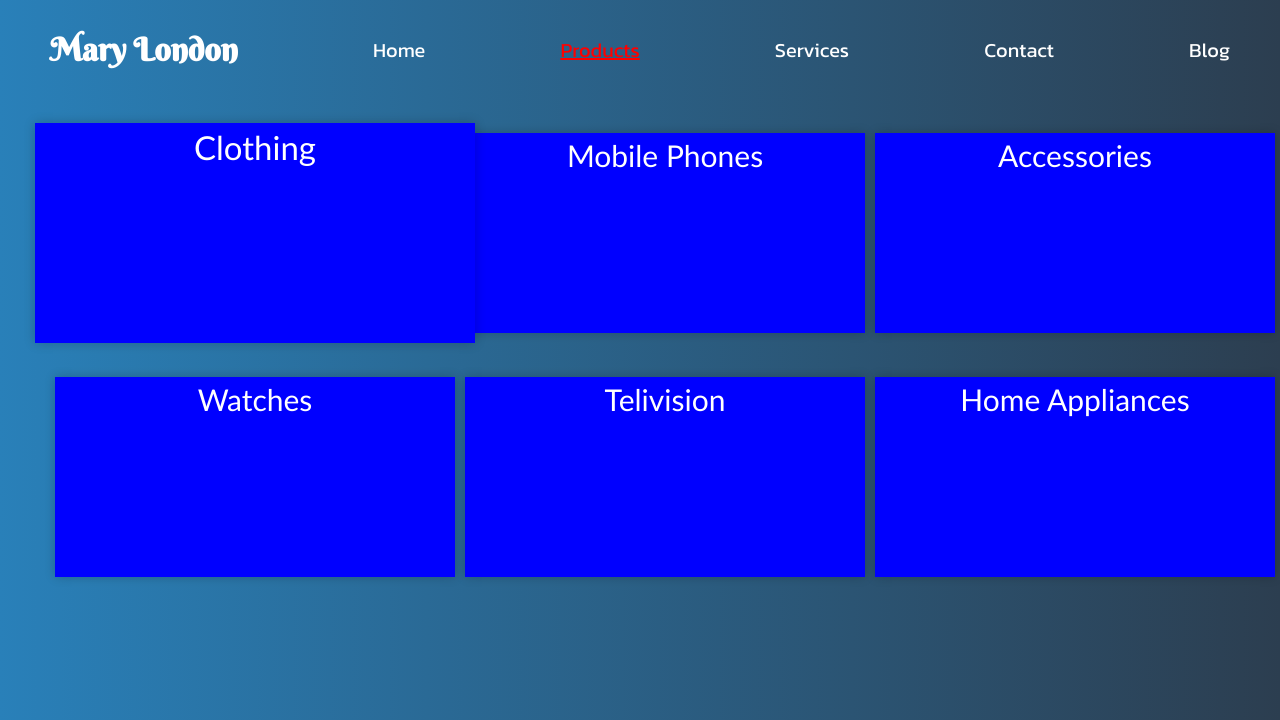
Repository: Habeebur1493/test2
Page: /products/clothing
The author's editor kept a copy of each file at every save. The page is drawn from the files as they stood at one save, then again after the next save.
The browser window is 1280 px wide. The pictures show the whole page.
The pointer rests on the first visible `.container .box1`.
The project was rebuilt for these pictures with package versions that can differ from the ones it lists, and the page was loaded fresh each time. Also part of the build but not shown: vite.config.js, src/Frontend/Loader/loaderstyle.css, src/Frontend/Firstpage/Home.jsx, src/Frontend/Firstpage/Services.jsx, src/Frontend/Firstpage/Contact.jsx, src/Frontend/Firstpage/Blog.jsx, src/Frontend/Firstpage/ClothingDetails.jsx.

Above is the page before, as saved 2024-12-27 01:36:02.

### index.html
<!doctype html>
<html lang="en">
  <head>
    <meta charset="UTF-8" />
    <meta name="viewport" content="width=device-width, initial-scale=1.0" />
    <link rel="stylesheet" href="https://fonts.googleapis.com/css2?family=Archivo:ital,wght@0,100..900;1,100..900&display=swap">
    <link href='https://unpkg.com/boxicons@2.1.4/css/boxicons.min.css' rel='stylesheet'>
    <title>MaryLondon</title>
  </head>
  <body>


    <div id="root"></div>
    <script type="module" src="/src/main.jsx"></script>
  </body>
</html>

### src/main.jsx
import { createRoot } from "react-dom/client";
import "./index.css";
import App from "./App";
import FrontendContext from "./context/FrontendContext";
import { BrowserRouter } from "react-router-dom";

createRoot(document.getElementById("root")).render(
  <FrontendContext>
    <BrowserRouter>
      <App />
    </BrowserRouter>
  </FrontendContext>
);

### src/App.jsx
import React from "react";
import { Route, Routes } from "react-router-dom";
import Pageloader from "./Frontend/Loader/PageLoader";
import Page1 from "./Frontend/Firstpage/Page1";
import Home from "./Frontend/Firstpage/Home";
import Products from "./Frontend/Firstpage/Products";
import Services from "./Frontend/Firstpage/Services";
import Contact from "./Frontend/Firstpage/Contact";
import Blog from "./Frontend/Firstpage/Blog";
import Nav from "./Frontend/Firstpage/Nav";
import "./App.css";
import "./Frontend/Firstpage/page1.css";
import "./Frontend/Loader/loaderstyle.css";
import ClothingDetails from "./Frontend/Firstpage/ClothingDetails";



const App = () => {
  const banners = [
    "https://s7ap1.scene7.com/is/image/adityabirlafashion/AS_D_HB_285_11_24_WinterRetreat_V1?resMode=sharp2&wid=1600&hei=642",
    "https://m.media-amazon.com/images/S/aplus-media-library-service-media/a79fdedf-c088-4a27-925a-5948d42135e6.__CR0,0,1464,600_PT0_SX1464_V1___.jpg",
    "https://images.hindustantimes.com/tech/img/2021/10/06/1600x900/IMG-20211005-WA0007_1633522371964_1633522436021.jpg",
    "https://www.sony.co.in/content/dam/sony/contents/regional-FSMC/india/common/homepage/primary-tout/2024/cich-bravia/CICH-Banner_D.jpg",
    "https://www.boat-lifestyle.com/cdn/shop/files/480_Desktop_2_1440x.png?v=1733813003",
  ];

  return (
    <div>
      <Pageloader />
      <Page1 />
      <Nav />
      <Routes>
        <Route path="/" element={<Home banners ={banners}/>} />
               <Route path="/products" element={<Products />}>
                    <Route
                        path="/products/:category"
                        element={<ClothingDetails />}
                    />
                </Route>
        <Route path="/services" element={<Services />} />
        <Route path="/contact" element={<Contact />} />
        <Route path="/blog" element={<Blog />} />
      </Routes>


    </div>
  );
};

export default App;

### src/context/FrontendContext.jsx
import { createContext, useState } from "react";




export const datacontext = createContext(null);

const FrontendContext = (props) => {
  const [data, setData] = useState("");

return (
  <datacontext.Provider value={[data, setData]}>
    {props.children}
  </datacontext.Provider>
);
};

export default FrontendContext;

### src/Frontend/Loader/PageLoader.jsx
import React, { useState, useEffect } from "react";
import { gsap } from "gsap";
import "./loaderstyle.css";





const App = () => {
  const [showScreen, setShowScreen] = useState(true);

  // Helper function to split text into individual letters
  const splitText = (text) =>
    text.split("").map((char, index) => (
      <span key={index} className="letter">
        {char}
      </span>
    ));

  // Part 1: Animation for spinning letters
  useEffect(() => {
    const letters = document.querySelectorAll(".letter");

    const animation = gsap.fromTo(
      letters,
      { rotationY: 0 },
      {
        rotationY: 360,
        duration: 1,
        repeat: -1,
        ease: "power1.inOut",
        stagger: 0.1,
      }
    );

    return () => {
      animation.kill();
    };
  }, []);

  // Part 2: Screen timeout
  useEffect(() => {
    const timer = setTimeout(() => {
      setShowScreen(false);
    }, 3000);

    return () => clearTimeout(timer);
  }, []);

  return (
    <div>
      {showScreen ? (
        <div className="screen">
          <div className="text-container">
            <div className="text">{splitText("Mary")}</div>
            <div className="loader"></div>
            <div className="text">{splitText("London")}</div>
          </div>
        </div>
      ) : (
        <div>

        </div>
      )}
    </div>
  );
};

export default App;

### src/Frontend/Firstpage/Page1.jsx
import React from "react";
import "./page1.css";


const Page1 = () => {
  return (
    <div className="page1">
      <div className="overlay">

      </div>
    </div>
  );
};

export default Page1;

### src/Frontend/Firstpage/Products.jsx
import React from "react";
import "./page1.css";


const Products = () => {



  return (
    <div>
      <div className="container">
        <div  className="box1">
          <h1>Clothing</h1>
        </div>
        <div className="box2">
          <h1>Mobile Phones</h1>
        </div>
        <div className="box3">
          <h1>Accessories</h1>
        </div>
        <div className="box4">
          <h1>Watches</h1>
        </div>
        <div className="box5">
          <h1>
          Telivision
          </h1>
        </div>
        <div className="box6">
          <h1>Home Appliances</h1>
        </div>
      </div>
    </div>
  );
};

export default Products;

### src/Frontend/Firstpage/Nav.jsx
import React, { useEffect } from "react";
import { NavLink } from "react-router-dom";
import gsap from "gsap";
import "./page1.css";

const Nav = () => {
  const activeStyle = {
    textDecoration: "underline",
    color: "red",

};

  useEffect(() => {
    const navLinks = document.querySelectorAll("nav a");


    // Animate the navigation links
    gsap.from(navLinks, {
      opacity: 0,
      x: -50,
      duration: 1,
      delay: 4,
      stagger: 0.2, // Adds a delay between each link
    });
  }, []);

  return (
    <nav>
      <h1>Mary London</h1>

      <NavLink to="/" style={({ isActive }) => (isActive ? activeStyle : null)}>
        Home
      </NavLink>
      <NavLink to="/products" style={({ isActive }) => (isActive ? activeStyle : null)}>
        Products
      </NavLink>
      <NavLink to="/services" style={({ isActive }) => (isActive ? activeStyle : null)}>
        Services
      </NavLink>
      <NavLink to="/contact" style={({ isActive }) => (isActive ? activeStyle : null)}>
        Contact
      </NavLink>
      <NavLink to="/blog" style={({ isActive }) => (isActive ? activeStyle : null)}>
        Blog
      </NavLink>
    </nav>
  );
};

export default Nav;

### src/App.css
@import url('https://fonts.googleapis.com/css2?family=Berkshire+Swash&display=swap');



body{
    background-color: #cc9b9b;
}

nav{
    display: flex;
    justify-content: space-between;
    align-items: center;
    padding: 0px 50px;
    background-color: #b9abf700;
    color: #fff;


}
nav ul{
    display: flex;
    list-style: none;
    gap: 10px;
    font-size: 20px;
    padding: 20px;
    font-weight: 600;


}
nav ul li a{
    cursor: pointer;
    text-decoration: none;
    color: #fff;

}


.page1{
    height: 100%;
    width: 100%;

}

.logo{
    display: flex;
    align-items: center;
    margin-top: 20px;
}
.logo img{
    width: 120px;
    height: 120px;
    padding-bottom: 15px;
}

.logo h1{
    font-size: 32px;
    color: black;
    font-weight: 900;
    font-family: Berkshire Swash;
    border-bottom: 5px solid black;
    display: inline-block;
    width: 160px;
    text-align: center;

}

### src/Frontend/Firstpage/page1.css
@import url('https://fonts.googleapis.com/css2?family=Berkshire+Swash&display=swap');
@import url('https://fonts.googleapis.com/css2?family=Kanit:ital,wght@0,100;0,200;0,300;0,400;0,500;0,600;0,700;0,800;0,900;1,100;1,200;1,300;1,400;1,500;1,600;1,700;1,800;1,900&display=swap');



body{
  font-family: "Kanit", serif;
  background-image: linear-gradient(to right, #2980b9,#2c3e50);
}


nav{
    display: flex;
    justify-content: space-evenly;
    align-items: center;
    gap: 10px;
    height: 100px;
    width: 100%;
    font-family: "Kanit", serif;
    position: fixed;
    z-index: 1;
    font-size: 20px;
    color: #fff;
}


.page1{
    height: 100%;
    width: 100%;

}


.overlay{
    background-color: rgba(0, 0, 0, 0);
    position: absolute;
    top: 0;
    left: 0;
    width: 100%;
    height: 100%;
}

nav h1{
    font-size: 32px;
    color: #fff;
    font-weight: 900;
    font-family: Berkshire Swash;
    text-align: center;
}

.slider-container {
    position: relative;
    width: 80%;
    height: 600px;
    overflow: hidden;
    margin: 0 auto;
    padding-top: 150px;
}

  .slider-wrapper {
    width: 100%;
    height: 100%;
  }

  .slider-content {
    display: flex;
    transition: transform 0.5s ease-in-out;
    height: 100%;
  }

  .slide {
    width: 100%;
    height: 100%;
    flex-shrink: 0;
  }

  .prev-button,
  .next-button {
    position: absolute;
    top: 60%;
    transform: translateY(-50%);
    background: rgba(238, 236, 236, 0.5);
    color: white;
    border: none;
    padding: 10px 15px;
    cursor: pointer;
    z-index: 1000;
    border-radius: 50%;
}

  .prev-button {
    left: 10px;
  }

  .next-button {
    right: 10px;
  }

  .dots {
    position: absolute;
    bottom: 15px;
    left: 50%;
    transform: translateX(-50%);
    display: flex;
    gap: 5px;
  }

  .dot {
    width: 10px;
    height: 10px;
    background: white;
    border-radius: 50%;
    cursor: pointer;
  }

  .dot.active {
    background: black;
  }


  .container{
    grid-template-rows: 2fr 1fr 1fr;
    grid-template-columns: 1fr 1fr 1fr;
    display: grid;
    justify-items: center;
    align-items: center;
    height: 100vh;
    width: 100%;
    z-index: 1;
    padding-top: 90px;
    padding-left: 50px;

  }

  .container .box1{
    background-color: blue;
    height: 200px;
    width: 400px;
    box-shadow: 0 0 10px rgba(0, 0, 0, 0.2);
    transition: transform 0.3s ease-in-out;
    cursor: pointer;
  }
  .container .box2{
    background-color: blue;
    height: 200px;
    width: 400px;
    box-shadow: 0 0 10px rgba(0, 0, 0, 0.2);
    transition: transform 0.3s ease-in-out;
    cursor: pointer;
  }
  .container .box3{
    background-color: blue;
    height: 200px;
    width: 400px;
    box-shadow: 0 0 10px rgba(0, 0, 0, 0.2);
    transition: transform 0.3s ease-in-out;
    cursor: pointer;
  }
 .container .box4{
    background-color: blue;
    height: 200px;
    width: 400px;
    box-shadow: 0 0 10px rgba(0, 0, 0, 0.2);
    transition: transform 0.3s ease-in-out;
    cursor: pointer;
  }
  .container .box5{
    background-color: blue;
    height: 200px;
    width: 400px;
    box-shadow: 0 0 10px rgba(0, 0, 0, 0.2);
    transition: transform 0.3s ease-in-out;
    cursor: pointer;
  }
  .container .box6{
    background-color: blue;
    height: 200px;
    width: 400px;
    box-shadow: 0 0 10px rgba(0, 0, 0, 0.2);
    transition: transform 0.3s ease-in-out;
    cursor: pointer;


}

  .container .box1:hover{
    transform: scale(1.1);

  }
  .container .box2:hover{
    transform: scale(1.1);
  }
  .container .box3:hover{
    transform: scale(1.1);
  }
  .container .box4:hover{
    transform: scale(1.1);
  }
  .container .box5:hover{
    transform: scale(1.1);
  }
  .container .box6:hover{
    transform: scale(1.1);
  }


  .container h1{
    text-align: center;
    color: #fff;
    font-family: 'Gill Sans', 'Gill Sans MT', Calibri, 'Trebuchet MS', sans-serif;
    font-size: 30px;
  }


  .container1{
    display: flex;
  }

  .column1{
    height: 80%;
    width: 30%;
    background-color: #2980b9;
  }

  .column2{
    height: 80%;
    width: 70%;
    background-color: #2c3e50;
  }

Loaded but not shown: src/index.css (common file); tailwind.config.js (common file)

After the next save:
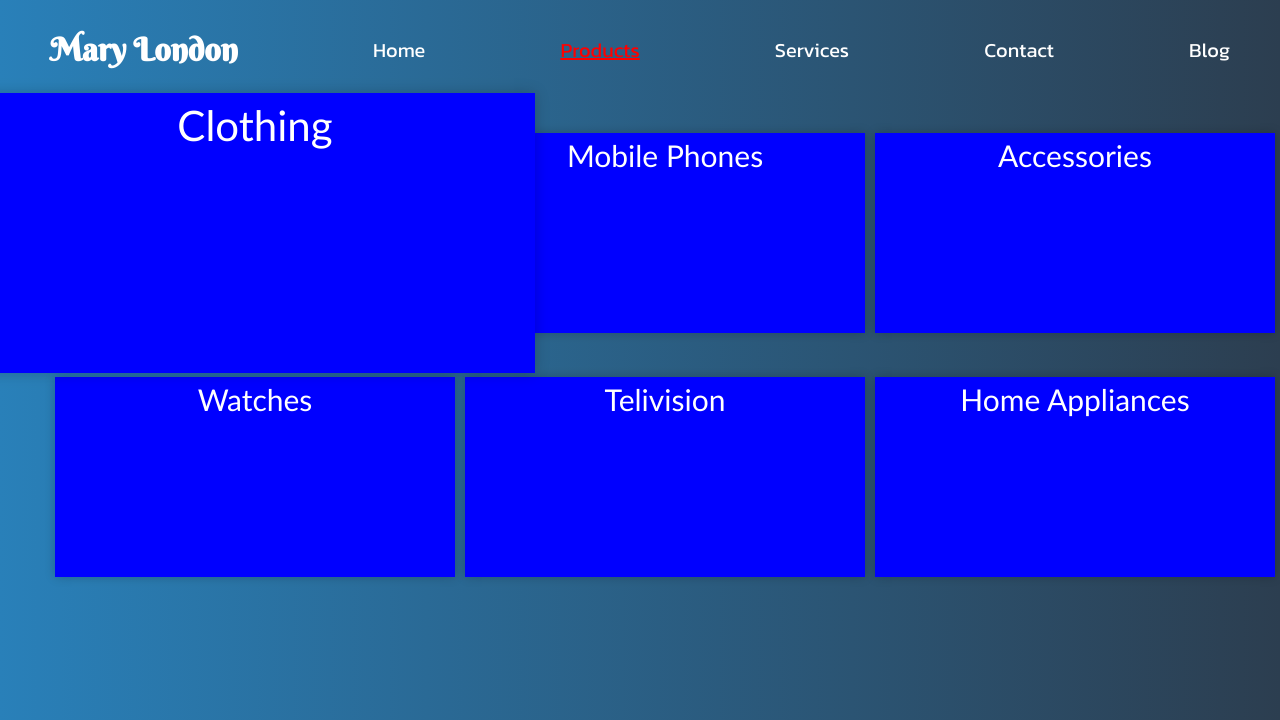
Saved 25 s later.
--- a/src/Frontend/Firstpage/page1.css
+++ b/src/Frontend/Firstpage/page1.css
@@ -184,7 +184,7 @@
 }
 
   .container .box1:hover{
-    transform: scale(1.1);
+    transform: scale(1.4);
 
   }
   .container .box2:hover{

After the save that followed:
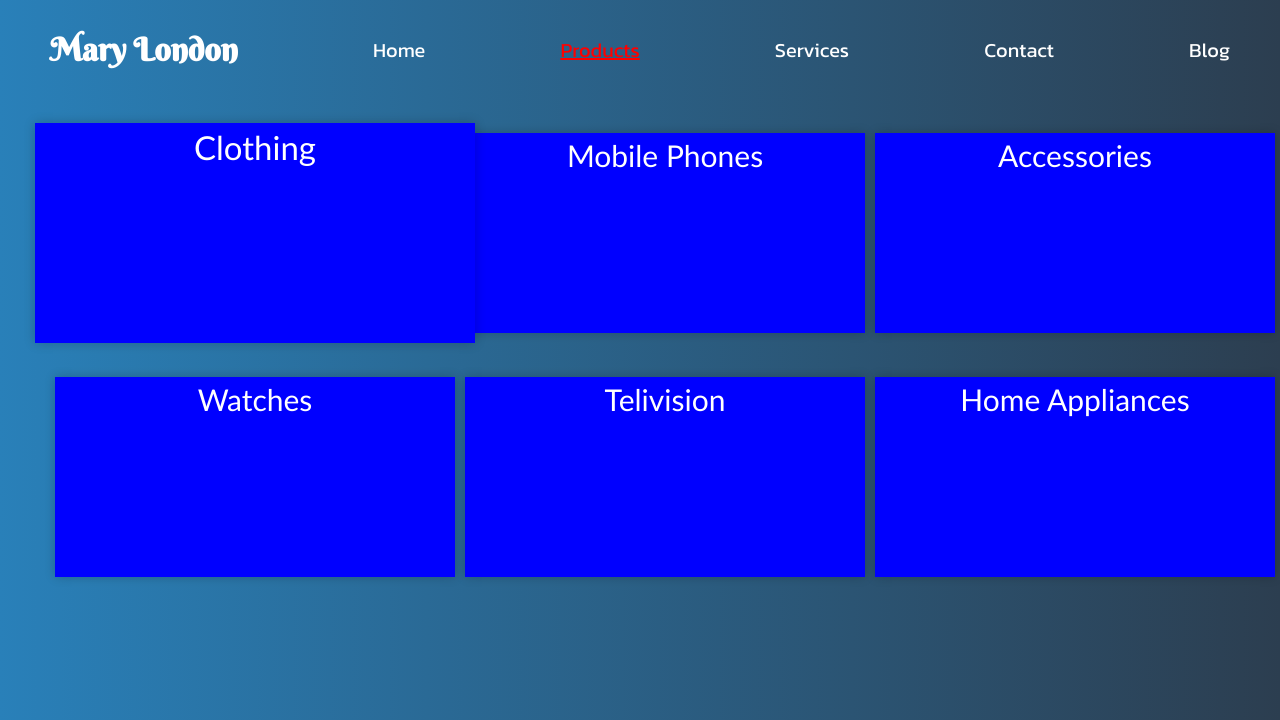
Saved 41 s later.
--- a/src/Frontend/Firstpage/page1.css
+++ b/src/Frontend/Firstpage/page1.css
@@ -184,8 +184,7 @@
 }
 
   .container .box1:hover{
-    transform: scale(1.4);
-
+    transform: scale(1.1);
   }
   .container .box2:hover{
     transform: scale(1.1);
